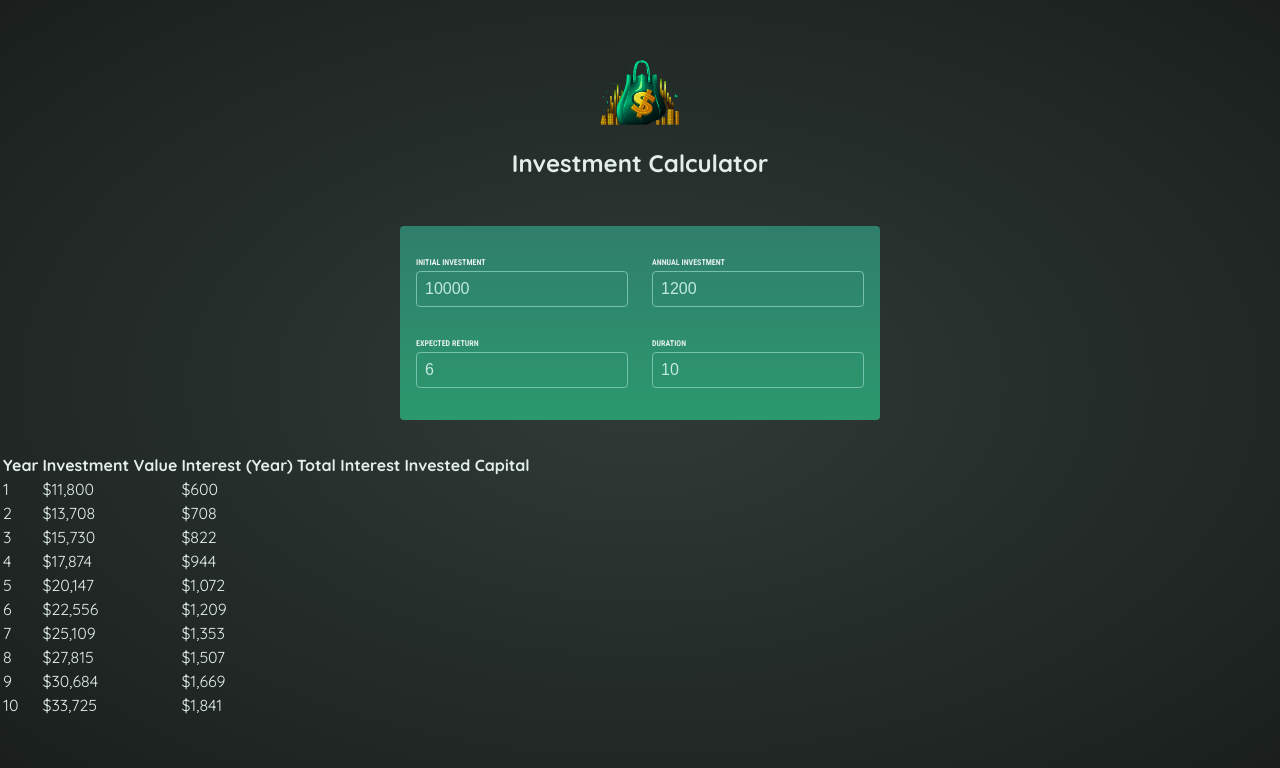
Repository: ooluchi/prac-investment-calculator
Page: /
The author's editor kept a copy of each file at every save. The page is drawn from the files as they stood at one save, then again after a run of saves.
The browser window is 1280 px wide. The pictures show the whole page.
The project was rebuilt for these pictures with package versions that can differ from the ones it lists, and the page was loaded fresh each time. Also part of the build but not shown: vite.config.js.

Above is the page before, as saved 2024-11-13 15:15:42.

After the next 4 saves:
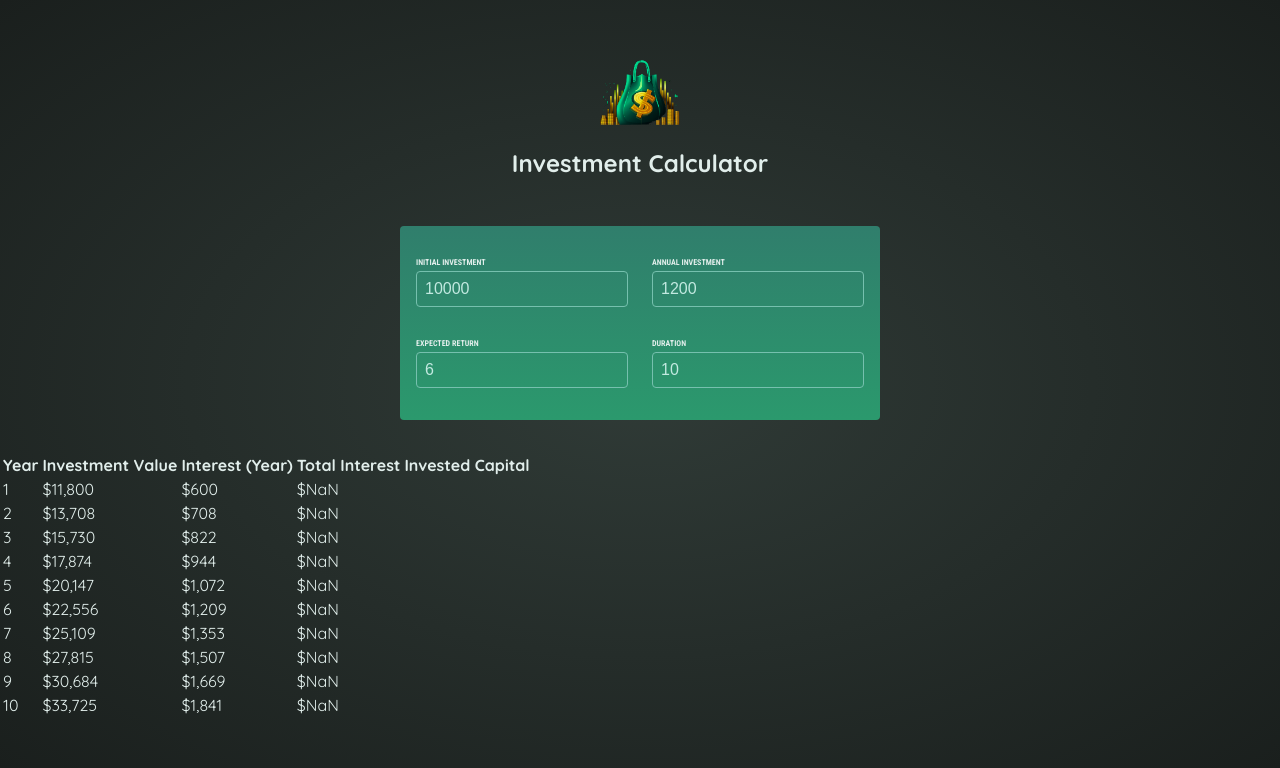
The 4 saves are shown as one change because 1 did not build or start and some came seconds apart.
The last was saved 42 s later.
--- a/src/components/Results.jsx
+++ b/src/components/Results.jsx
@@ -26,7 +26,7 @@ export default function Results ({ input }) {
                             <td>{yearData.year}</td>
                             <td>{formatter.format(yearData.valueEndOfYear)}</td>
                             <td>{formatter.format(yearData.interest)}</td>
-                            <td></td>
+                            <td>{formatter.format()}</td>
                             <td></td>
                         </tr>
                     )
